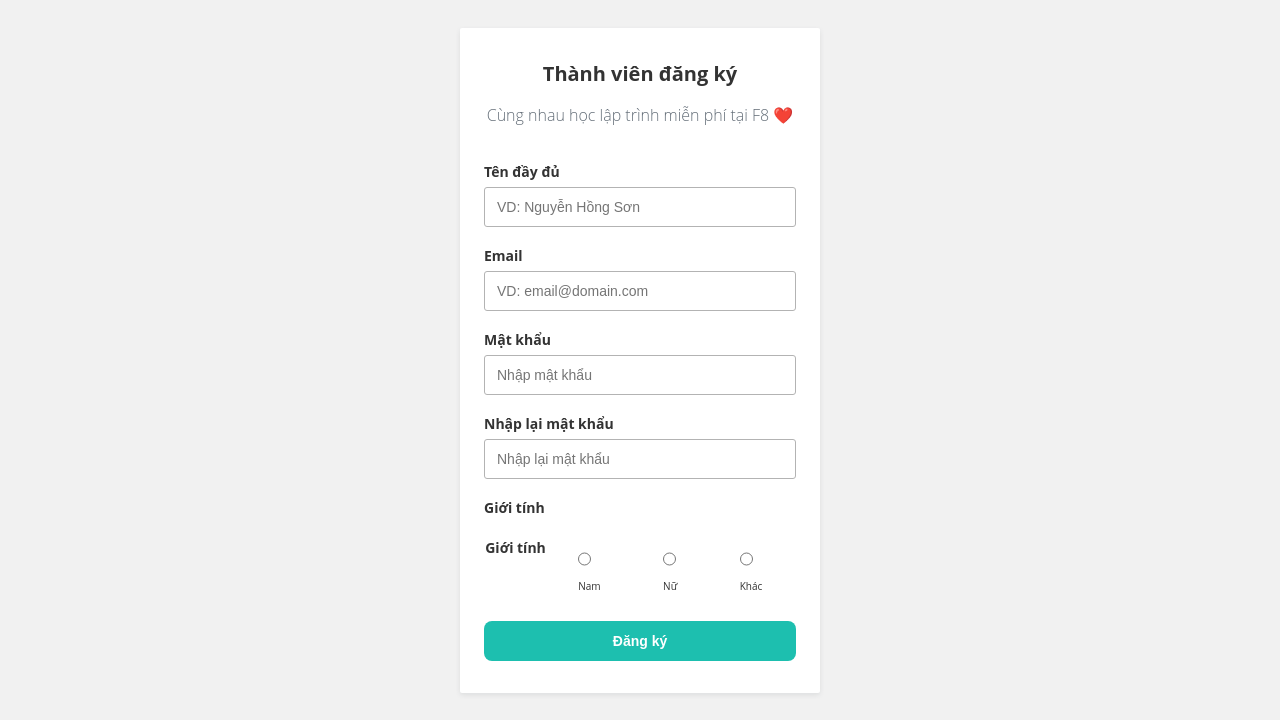
Repository: ahihison/Validation
Page: index.html
The author's editor kept a copy of each file at every save. The page is drawn from the files as they stood at one save, then again after the next save.
The browser window is 1280 px wide. The pictures show the whole page.

Above is the page before, as saved 2022-08-31 09:42:36.

### index.html
<!DOCTYPE html>
<html lang="en">
<head>
    <meta charset="UTF-8">
    <meta http-equiv="X-UA-Compatible" content="IE=edge">
    <meta name="viewport" content="width=device-width, initial-scale=1.0">
    <link rel="stylesheet" href="./style.css">
    <title>Document</title>
</head>
<body>
    <div class="container">
        <form action="" method="POST" class="form" id="form-1" >
            <h3 class="heading">Thành viên đăng ký</h3>
            <p class="desc">Cùng nhau học lập trình miễn phí tại F8 ❤️</p>
            <div class="spacer"></div>

            <div class="form-group">
                <label for="fullname" class="form-label" >Tên đầy đủ</label>
                <input type="text" name="fullname" id="fullname" placeholder="VD: Nguyễn Hồng Sơn" class="form-control">
                <span class="form-message"></span>
            </div>
            <div class="form-group">
                <label for="email" class="form-label" >Email</label>
                <input type="text" name="email" id="email" placeholder="VD: email@domain.com" class="form-control">
                <span class="form-message"></span>
            </div>
            <div class="form-group">
                <label for="password" class="form-label" >Mật khẩu</label>
                <input type="password" name="password" id="password" placeholder="Nhập mật khẩu" class="form-control">
                <span class="form-message"></span>
            </div>
            <div class="form-group">
                <label for="password_confirmation" class="form-label" >Nhập lại mật khẩu</label>
                <input type="password" name="password_confirmation" id="password_confirmation" placeholder="Nhập lại mật khẩu" class="form-control">
                <span class="form-message"></span>
            </div>
            <div class="form-group">
                <label for="password_confirmation" class="form-label" >Giới tính</label>

            </div>

            <div class="form-group genderformat">
                <label for="password_confirmation" class="form-label" >Giới tính</label>
                <div>
                    <input type="radio" name="gender" value="male" id="gender" class="form-control">
                    <span id="gender">Nam</span>
                </div>
                <div>
                    <input type="radio" name="gender" value="female" id="gender" class="form-control">
                    <span id="gender">Nữ</span>
                </div>
                <div>
                    <input type="radio" name="gender" value="orther" class="form-control" id="gender">
                    <span id="gender">Khác</span>

                </div>
                <span class="form-message"></span>
            </div>


            <button class="form-submit">Đăng ký</button>
        </form>

    </div>
    <script src="./validation.js"> </script>
    <script>
        Validator({
            form:'#form-1',
            formGroupSelector:'.form-group',
            errorSelector: '.form-message',
            rules: [
            Validator.isRequired('#fullname','Vui lòng nhập họ và tên đầy đủ của bạn'),
            Validator.isEmail('#email'),
            Validator.minLength('#password',6),
            Validator.isRequired('#password_confirmation'),
            Validator.isConfirmed('#password_confirmation',function() { return document.querySelector('#form-1 #password').value;

            },'Mật khẩu nhập lại không chính xác'),
            ],
            onSubmit: function(data){
                //Call API
                console.log(data);
            }
        });
    </script>




</body>
</html>

### style.css
*{
    margin: 0;
    padding: 0;
    box-sizing: border-box;

}
html{
    color: #333;
    font-size: 62.5%;
    font-family: "Open Sans", sans-serif;
}

.container{
min-height: 100vh;
display: flex;
justify-content: center;
background: #f1f1f1;

}
.form{
    width: 360px;
    padding: 32px 24px;
    min-height: 100px;
    text-align: center;
    background: #fff;
    border-radius: 2px;
    margin: 24px;
    align-self: center;
    box-shadow: 0 2px 5px 0 rgba(51, 62, 73, 0.1);


}


.form .heading{
    font-size: 2rem;

}
.form .desc {
    text-align: center;
    color: #636d77;
    font-size: 1.6rem;
    line-height: 2.4rem;
    margin-top: 16px;
    font-weight: 300;
  }

.form-group{
     display: flex;
  margin-bottom: 16px;
  flex-direction: column;

}
.form-group #gender {
  display:flex;
 margin: 0 30px;

  }
  .form-group.genderformat{
    display: flex;
    flex-direction: row;
    flex-wrap: wrap;
    align-content: space-between;
    justify-content: space-around;
  }
.form-control{
    height: 40px;
    padding: 8px 12px;
    border: 1px solid #b3b3b3;
    border-radius: 3px;
    outline: none;
    font-size: 1.4rem;
}
.form-control:hover {
    border-color: #1dbfaf;
  }
.form-label,
.form-message{
    text-align: left;

}
.form-label {
    font-weight: 700;
    padding-bottom: 6px;
    line-height: 1.8rem;
    font-size: 1.4rem;
  }

  .form-group.invalid .form-control {
    border-color: #f33a58;
  }
  .form-group.invalid .form-message {
    color: #f33a58;
  }

  .form-message {
    font-size: 1.2rem;
    line-height: 1.6rem;
    padding: 4px 0 0;
  }
  .form-submit {
    outline: none;
    background-color: #1dbfaf;
    margin-top: 12px;
    padding: 12px 16px;
    font-weight: 600;
    color: #fff;
    border: none;
    width: 100%;
    font-size: 14px;
    border-radius: 8px;
    cursor: pointer;
  }
  .form-submit:hover {
    background-color: #1ac7b6;
  }
  .spacer {
    margin-top: 36px;
  }

### validation.js
function Validator(options) {

    function geParent(elements,selector){
        while(elements.parentElement){
            if(elements.parentElement.matches(selector)){
                return elements.parentElement;
            }
              elements = elements.parentElement;
        }
    }

    var selectorRule = {};
    //hàm thực hiện validate
    function validate(inputElement, rule) {

        var errorElement = geParent(inputElement,options.formGroupSelector).querySelector(options.errorSelector);
        var errorMessage;

        //lấy ra các rule của các selector
        var rules = selectorRule[rule.selector];
        //lập qua từng rules và kiểm tra
        //Nếu có lỗi thì dừng việc kiểm tra
        for (var i = 0; i < rules.length; i++) {
            errorMessage = rules[i](inputElement.value);
            if (errorMessage) break;

        }

        if (errorMessage) {
            errorElement.innerText = errorMessage;
            geParent(inputElement,options.formGroupSelector).classList.add('invalid');
        } else {
            errorElement.innerText = '';
            geParent(inputElement,options.formGroupSelector).classList.remove('invalid');
        }
        return !!errorMessage;
    }
    // lấy được form elements
    var formElement = document.querySelector(options.form);

    if (formElement) {
        //Lắng nghe sự kiện onsubmit

        formElement.onsubmit = function (e) {

            e.preventDefault();

            var isFormValid = true;

            // Lặp qua từng rules và validate
            options.rules.forEach(function (rule) {
                var inputElement = formElement.querySelector(rule.selector);
                var isInValid = validate(inputElement, rule);
                if (isInValid) {
                    isFormValid = false;
                }
            });


            if (isFormValid) {
                //Trường hợp submit với js
                if (typeof options.onSubmit === 'function') {
                    var enableInputs = formElement.querySelectorAll('[name]');
                    var formValues = Array.from(enableInputs).reduce(function (values, input) {
                        values[input.name] = input.value;
                        return values;
                    }, {});
                    options.onSubmit(formValues)
                }
                //submit với hành vi mặc định
                else{
                    formElement.submit();
                }
            }

        }





        //Lặp qua mỗi rule xử lí sự kiện (blur click....)
        options.rules.forEach(function (rule) {
            //Lưu lại các  rules cho mỗi input
            if (Array.isArray(selectorRule[rule.selector])) {
                selectorRule[rule.selector].push(rule.test);
            }
            else {
                selectorRule[rule.selector] = [rule.test];
            }


            var inputElement = formElement.querySelector(rule.selector);

            if (inputElement) {
                //Xử lí trường hợp blur ra khỏi input
                inputElement.onblur = function () {

                    validate(inputElement, rule);

                }
                // Xử lí mỗi khi người dùng nhập vào input
                inputElement.oninput = function () {
                    var errorElement = geParent(inputElement,options.formGroupSelector).querySelector(options.errorSelector);
                    errorElement.innerText = '';
                    geParent(inputElement,options.formGroupSelector).classList.remove('invalid');
                }
            }

        }

        );



    }


}

//định nghĩa rules
//Nguyên tắc rules
//1. khi có lỗi : => trả về message
//2. Khi hợp lệ: => ko trả về gì hết (undefined)
Validator.isRequired = function (selector, message) {
    return {
        selector: selector,
        test: function (value) {
            return value.trim() ? undefined : message || "Vui lòng nhập trường này"

        }
    }
}

Validator.isEmail = function (selector, message) {

    return {
        selector: selector,
        test: function (value) {
            var regex = /^[A-Z0-9._%+-]+@[A-Z0-9.-]+\.[A-Z]{2,4}$/i;

            return regex.test(value) ? undefined : message || 'Trường này phải là email'
        }
    }

}
Validator.minLength = function (selector, min, message) {

    return {
        selector: selector,
        test: function (value) {
            return value.length >= min ? undefined : message || `Vui lòng nhập tối thiếu ${min} ký tự`
        }
    }

}

Validator.isConfirmed = function (selector, getconfirmValue, message) {
    return {
        selector: selector,
        test: function (value) {
            return value === getconfirmValue() ? undefined : message || "Giá trị nhập vào không chính xác"
        }

    }

}

After the next save:
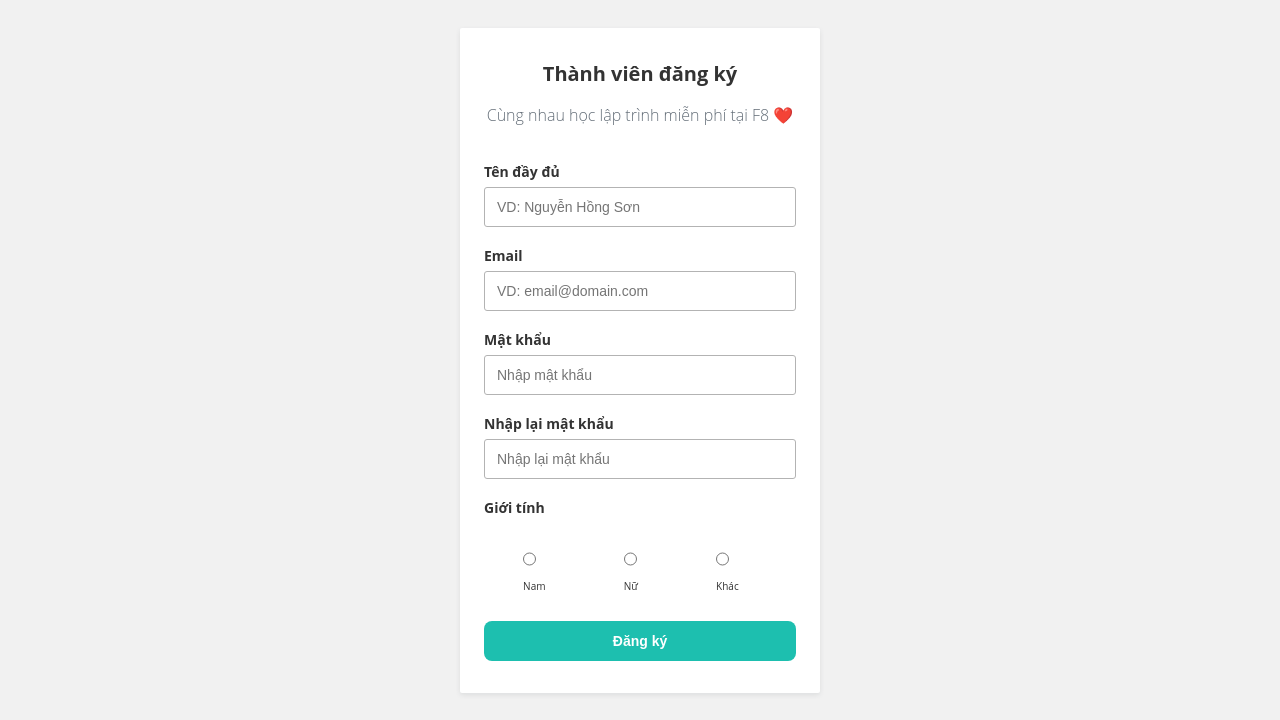
Saved 6 s later.
--- a/index.html
+++ b/index.html
@@ -40,7 +40,7 @@
             </div>
 
             <div class="form-group genderformat">
-                <label for="password_confirmation" class="form-label" >Giới tính</label>
+
                 <div>
                     <input type="radio" name="gender" value="male" id="gender" class="form-control">
                     <span id="gender">Nam</span>
